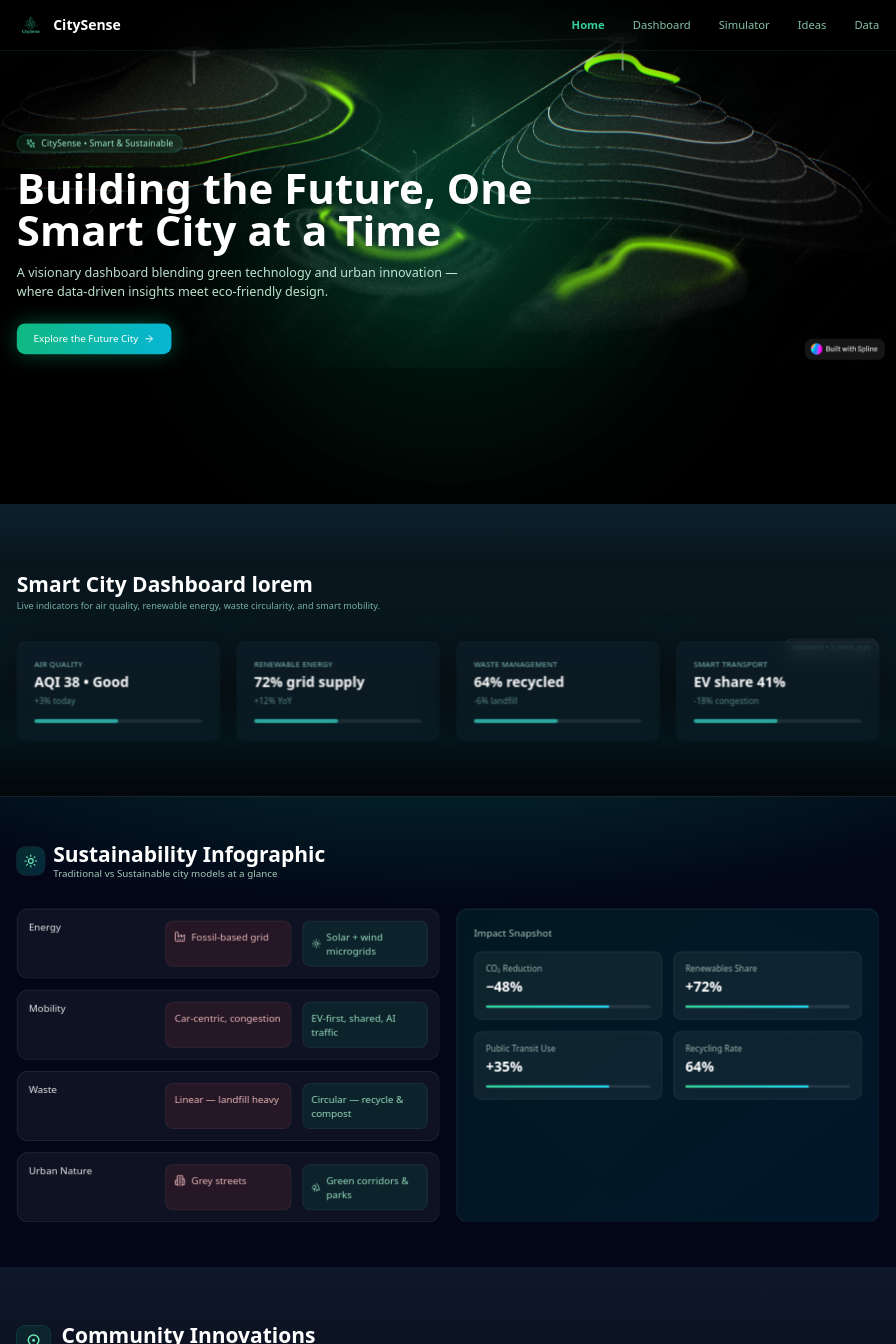
Repository: crashyet/CitySense
Page: /
An editor plug-in stored every save of this project. The page is shown before and after the next save, followed by the edit.
The browser window is 1280 px wide. The pictures show the part of the page from y = 0 to 1920 px (the page is 2586 px tall), at 70% of full size.
The project was rebuilt for these pictures with package versions that can differ from the ones it lists, and the page was loaded fresh each time. Also part of the build but not shown: vite.config.js, src/components/EnergyPieChart.jsx, src/components/TrafficCongestionChart.jsx, src/components/WeeklyAQIChart.jsx, src/pages/Dashboardpack/index.jsx, src/pages/Simulator/index.jsx, src/pages/Ideas/index.jsx, src/pages/Data/index.jsx.

Above is the page before, as saved 2025-11-18 19:10:51.

After the next save:
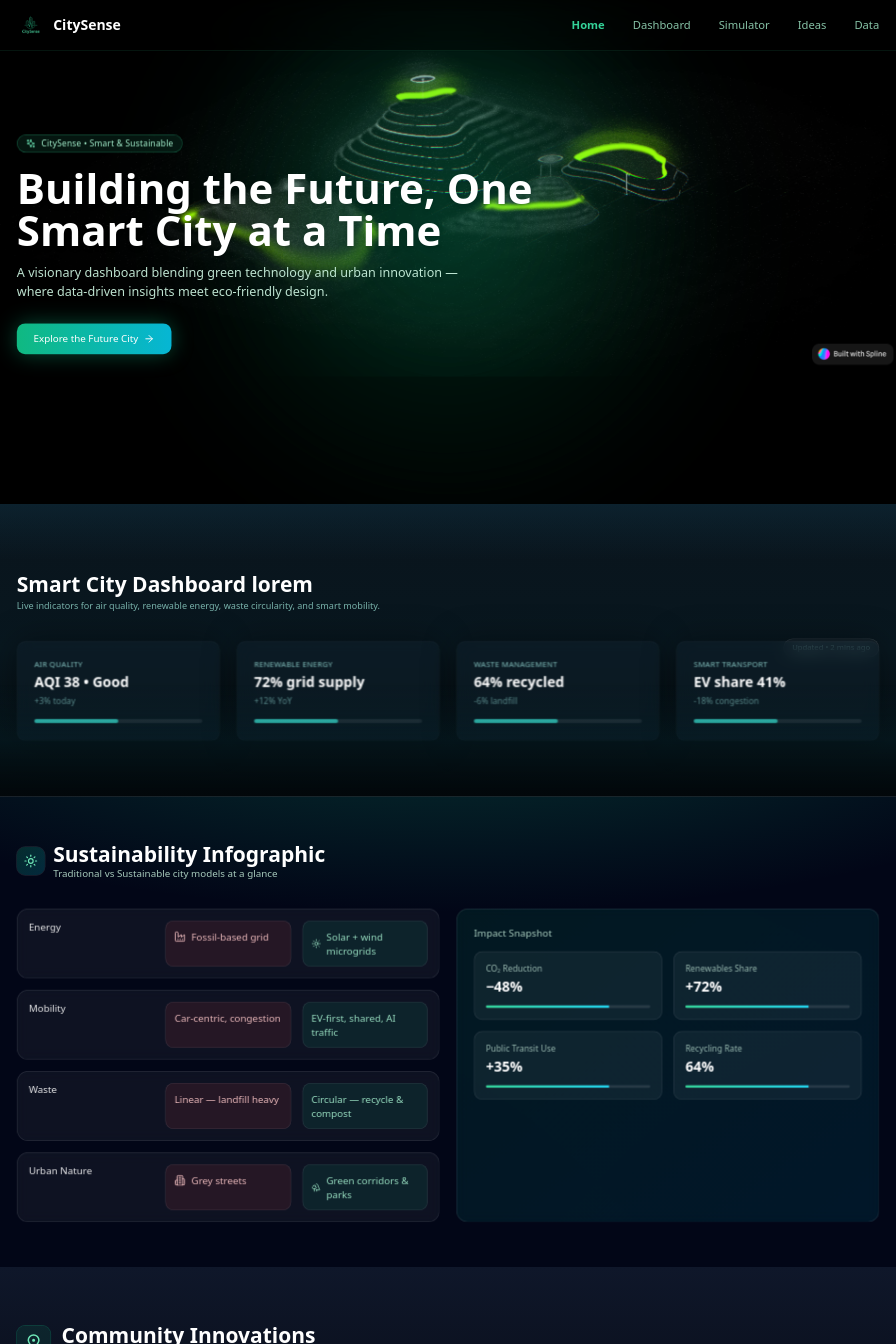
Saved 44 s later.
--- a/src/pages/landing/Hero.jsx
+++ b/src/pages/landing/Hero.jsx
@@ -1,6 +1,6 @@
 // src/components/Hero.jsx
 import React from "react";
-import Background from "/src/assets/background1.png";
+import Background from "/src/assets/background.png";
 
 const Hero = () => {
   return (
